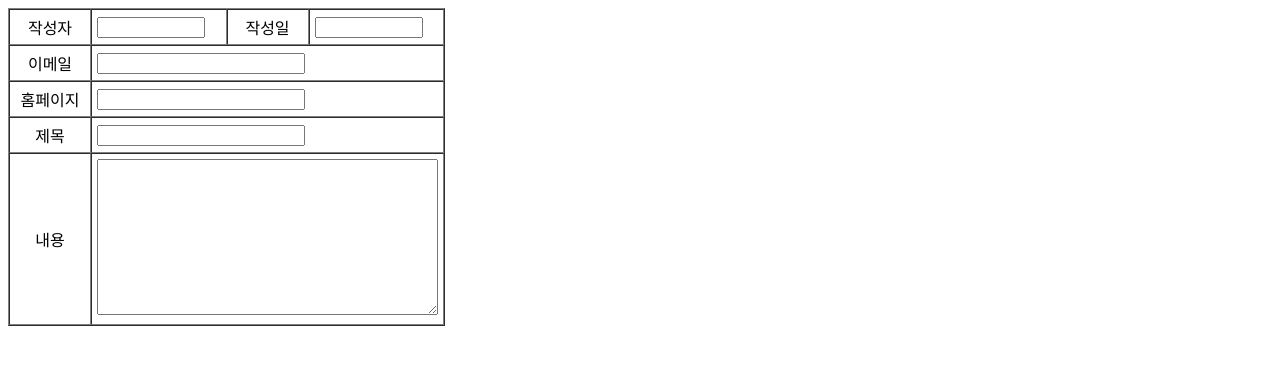
Repository: kimsuel/java-ee-practice
Page: guestbookservlet/WebContent/guestbook/guestbookList.html
These files come from the project's save history. The page is drawn as it stood at one moment and after the next save; the edit follows.
The browser window is 1280 px wide. The pictures show the whole page.

Above is the page before, as saved 2018-06-20 07:42:58.

### guestbookservlet/WebContent/guestbook/guestbookList.html
<!DOCTYPE html>
<html>
<head>
<meta charset="UTF-8">
<title>글 목록</title>
</head>
<body>
	<table border="1" cellpadding="5" cellspacing="0">
			<tr>
				<td width="70" align="center">작성자</td>
				<td><input type="text" name="email" style="width:100px"></td>
				<td width="70" align="center">작성일</td>
				<td><input type="text" name="email" style="width:100px"></td>
			</tr>
			<tr>
				<td align="center">이메일</td>
				<td colspan="3"><input type="text" name="email" style="width:200px"></td>
			</tr>
			<tr>
				<td align="center">홈페이지</td>
				<td colspan="3"><input type="text" name="homepage" style="width: 200px"></td>
			</tr>
			<tr>
				<td align="center">제목</td>
				<td colspan="3"><input type="text" name="subject" style="width: 200px"></td>
			</tr>
			<tr>
				<td align="center">내용</td>
				<td colspan="3"><textarea cols="40" rows="10" name="content"></textarea></td>
			</tr>
		</table>
	</body>
</html>

After the next save:
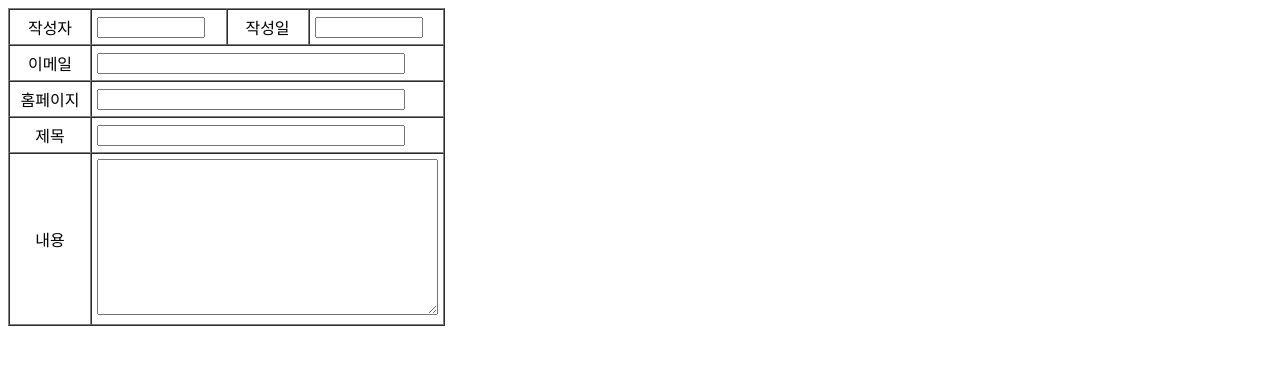
Saved 6 s later.
--- a/guestbookservlet/WebContent/guestbook/guestbookList.html
+++ b/guestbookservlet/WebContent/guestbook/guestbookList.html
@@ -14,15 +14,15 @@
 			</tr>
 			<tr>
 				<td align="center">이메일</td>
-				<td colspan="3"><input type="text" name="email" style="width:200px"></td>
+				<td colspan="3"><input type="text" name="email" style="width:300px"></td>
 			</tr>
 			<tr>
 				<td align="center">홈페이지</td>
-				<td colspan="3"><input type="text" name="homepage" style="width: 200px"></td>
+				<td colspan="3"><input type="text" name="homepage" style="width: 300px"></td>
 			</tr>
 			<tr>
 				<td align="center">제목</td>
-				<td colspan="3"><input type="text" name="subject" style="width: 200px"></td>
+				<td colspan="3"><input type="text" name="subject" style="width: 300px"></td>
 			</tr>
 			<tr>
 				<td align="center">내용</td>
